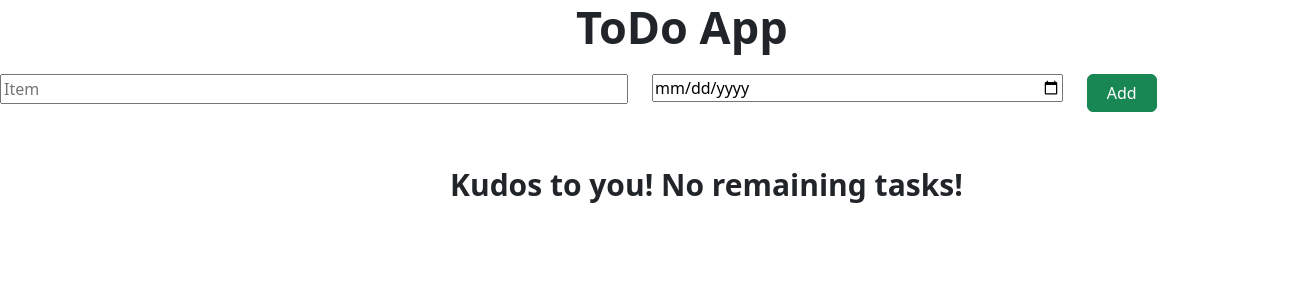
Repository: aditya-jha-kumar/To-Do-List-ReactApp
Page: /
These files come from the project's save history. The page is drawn as it stood at one moment and after a run of saves; the edit follows.
The browser window is 1280 px wide. The page is 1292 px wide, so the pictures cover 1292 px, including what lies to the right of the window. The pictures show the whole page.
The project was rebuilt for these pictures with package versions that can differ from the ones it lists, and the page was loaded fresh each time. Also part of the build but not shown: vite.config.js, src/components/ToDoItem.jsx.

Above is the page before, as saved 2023-12-10 03:03:22.

After the next 9 saves:
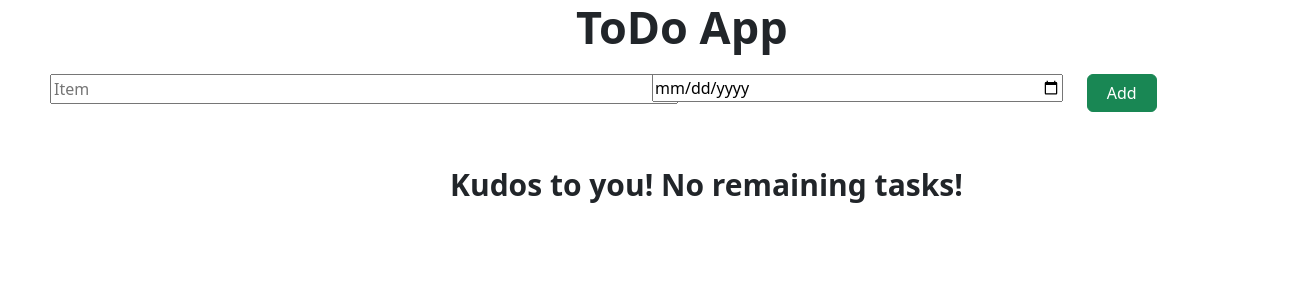
The 9 saves are shown as one change because they came seconds apart.
The last was saved 14 s later.
--- a/src/components/AddToDo.jsx
+++ b/src/components/AddToDo.jsx
@@ -22,6 +22,7 @@ function AddToDo({ onNewItem }) {
             type="text"
             placeholder="Item"
             onChange={handleNameChange}
+            className={styles.index}
             value={todoName}
           />
         </div>
